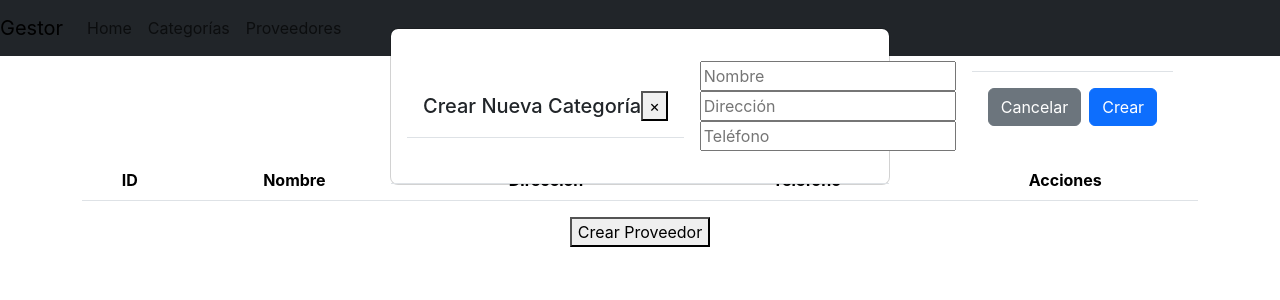
Repository: SantiagoGuaman/gestor-app
Page: /providers, after clicking the first element matching `button`
These files come from the project's save history. The page is drawn as it stood at one moment and after a run of saves; the edit follows.
The browser window is 1280 px wide. The pictures show the whole page.
The page's requests for data from a server got no answer. The project was rebuilt for these pictures with package versions that can differ from the ones it lists, and the page was loaded fresh each time. No one was signed in, and anything a server would have sent is missing. Also part of the build but not shown: src/App.css, src/Categories/GetDataCategories.js, src/HomePage/HomePage.js.

Above is the page before, as saved 2024-02-14 11:35:36.

After the next 2 saves:
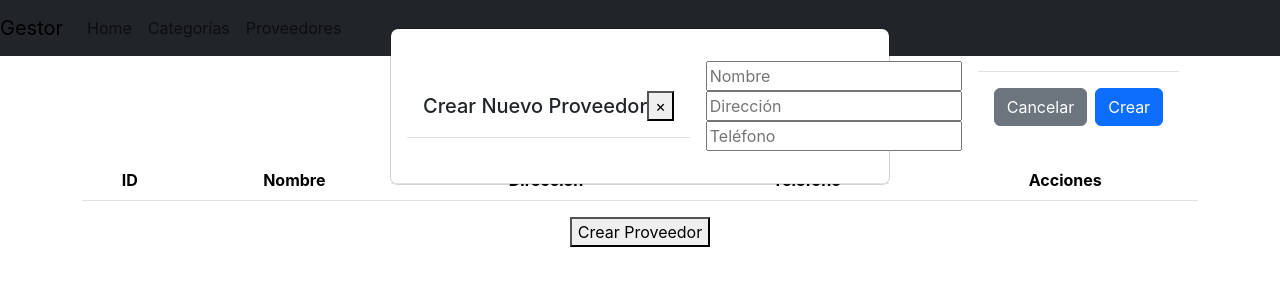
The 2 saves are shown as one change because they came seconds apart.
The last was saved 6 s later.
--- a/src/Proveedores/GetDataProviders.js
+++ b/src/Proveedores/GetDataProviders.js
@@ -144,7 +144,7 @@ function GetDataProviders() {
                         <div className="modal-content">
                             <div className="modal-header">
                                 <div className="modal-header">
-                                    <h5 className="modal-title">Crear Nueva Categoría</h5>
+                                    <h5 className="modal-title">Crear Nuevo Proveedor</h5>
                                     <button type="button" className="close" data-dismiss="modal" aria-label="Close" onClick={() => setCreateModalOpen(false)}>
                                         <span aria-hidden="true">&times;</span>
                                     </button>
